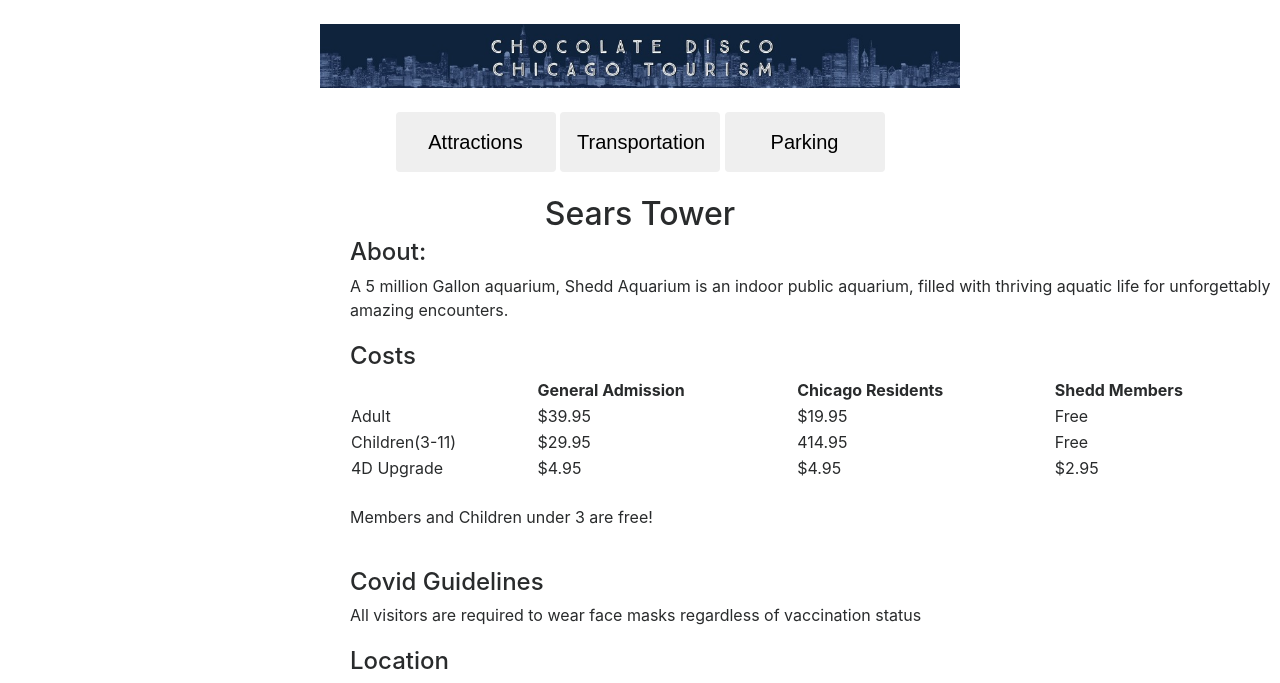
Repository: rkodit2/cs422project
Page: sheddAquarium.html
An editor plug-in stored every save of this project. The page is shown before and after the next save, followed by the edit.
The browser window is 1280 px wide. The pictures show the part of the page from y = 0 to 683 px (the page is 1183 px tall before and 1237 px after).
Pictures or frames that could not be fetched are drawn as grey boxes.

Above is the page before, as saved 2021-11-03 19:45:16.

After the next save:
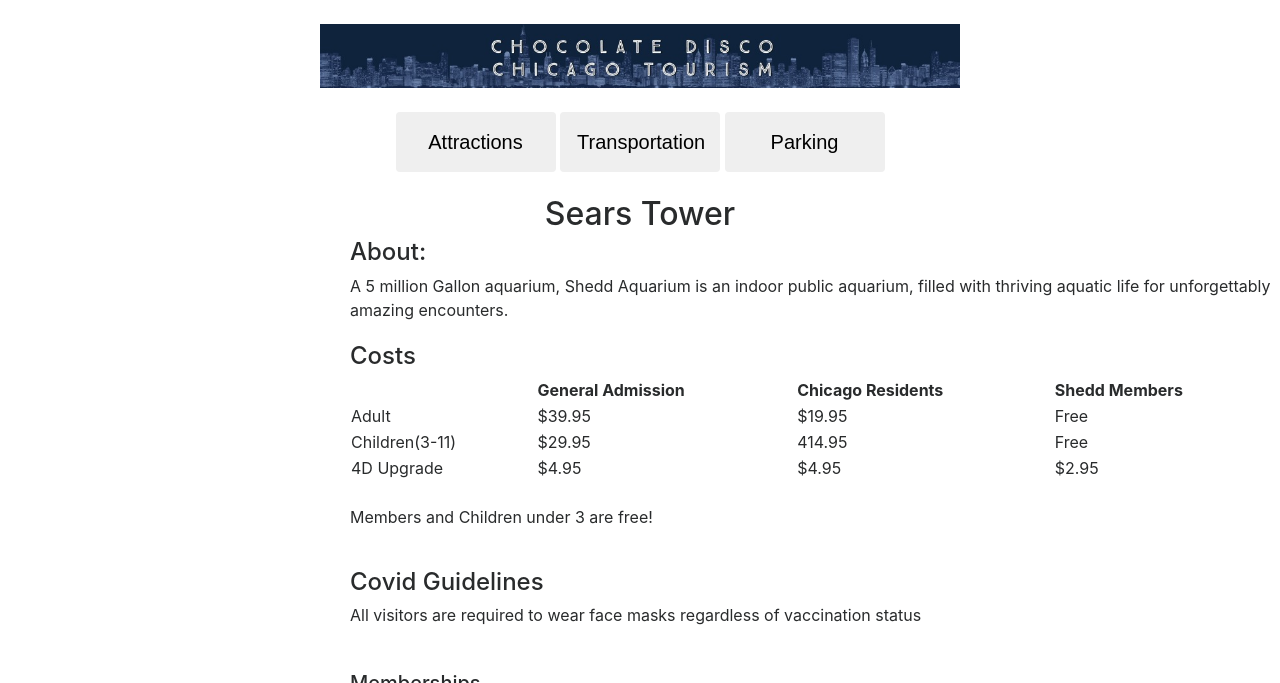
Saved 65 s later.
--- a/sheddAquarium.html
+++ b/sheddAquarium.html
@@ -66,6 +66,8 @@
         -->
         <h4>Covid Guidelines</h4>
         <p style="padding-bottom: 5px;">All visitors are required to wear face masks regardless of vaccination status</p>
+        <br>
+        <h5>Memberships</h5>
 
 
         <h4>Location</h4>
